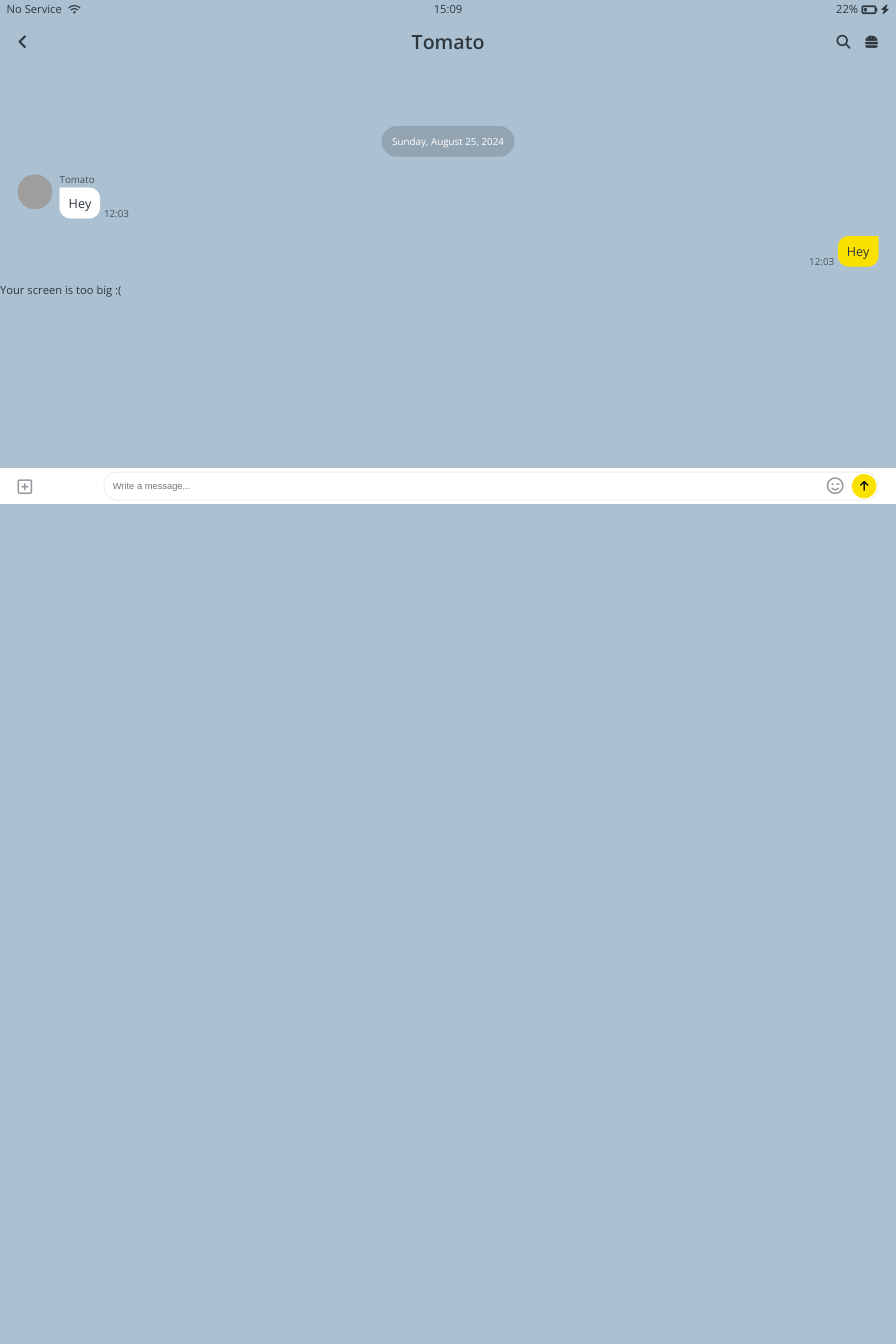
Repository: mjey14/kokoa-clone-2024-08
Page: chat.html
The author's editor kept a copy of each file at every save. The page is drawn from the files as they stood at one save, then again after the next save.
The browser window is 1280 px wide. The pictures show the part of the page from y = 0 to 1920 px (the page is 3780 px tall), at 70% of full size.
Pictures or frames that could not be fetched are drawn as grey boxes. Some web libraries are served in a nearby version.

Above is the page before, as saved 2024-08-25 21:10:53.

### chat.html
<!DOCTYPE html>
<html lang="en">
  <head>
    <link rel="stylesheet" href="css/styles.css" />
    <meta charset="UTF-8" />
    <meta name="viewport" content="width=device-width, initial-scale=1.0" />
    <title>Chat w/ Tomato - KokoaClone</title>
  </head>
  <body id="chat-screen">
    <div class="status-bar" id="chat-screen__status-bar">
      <div class="status-bar__column">
        <span>No Service</span>
        <i class="fa-solid fa-wifi fa-sm"></i>
      </div>
      <div class="status-bar__column">
        <span>15:09</span>
      </div>
      <div class="status-bar__column">
        <span>22%</span>
        <i class="fa-solid fa-battery-quarter fa-lg"></i>
        <i class="fa-solid fa-bolt fa-sm"></i>
      </div>
    </div>

    <header class="alt-header">
      <div class="alt-header__column">
        <a href="chats.html"><i class="fa-solid fa-angle-left fa-xl"></i></a>
      </div>
      <div class="alt-header__column">
        <h1 class="alt-header__title">Tomato</h1>
      </div>
      <div class="alt-header__column">
        <span><i class="fa-solid fa-magnifying-glass fa-lg"></i></span>
        <span><i class="fa-solid fa-burger fa-lg"></i></span>
      </div>
    </header>

    <main class="main-screen main-chat">
      <div class="chat__timestamp">Sunday, August 25, 2024</div>
      <div class="message-row">
        <img
          src="https://www.heddensofwoodtown.co.uk/wp-content/uploads/2020/05/tomatoes_opt.jpg"
        />
        <div class="message-row__content">
          <span class="message__author">Tomato</span>
          <div class="message__info">
            <span class="message__bubble">Hey</span>
            <span class="message__time">12:03</span>
          </div>
        </div>
      </div>
      <div class="message-row message-row--own">
        <div class="message-row__content">
          <div class="message__info">
            <span class="message__bubble">Hey</span>
            <span class="message__time">12:03</span>
          </div>
        </div>
      </div>
    </main>

    <form class="reply">
      <div class="reply__column">
        <i class="far fa-plus-square fa-xl"></i>
      </div>
      <div class="reply__column">
        <input type="text" placeholder="Write a message..." />
        <i class="far fa-smile-wink fa-xl"></i>
        <button>
          <i class="fas fa-arrow-up"></i>
        </button>
      </div>
    </form>

    <div id="no-mobile">
      <span>Your screen is too big :(</span>
    </div>

    <script
      src="https://kit.fontawesome.com/2eddee84de.js"
      crossorigin="anonymous"
    ></script>
  </body>
</html>

### css/styles.css
@import url("https://fonts.googleapis.com/css2?family=Open+Sans:ital,wght@0,300..800;1,300..800&display=swap");
@import "reset.css";
@import "variables.css";

/* Components */
@import "components/status-bar.css";
@import "components/nav-bar.css";
@import "components/screen-header.css";
@import "components/user-component.css";
@import "components/badge.css";
@import "components/icon-row.css";
@import "components/alt-screen-header.css";

/* Screens */
@import "screens/login.css";
@import "screens/friends.css";
@import "screens/find.css";
@import "screens/more.css";
@import "screens/settings.css";
@import "screens/chat.css";

body {
  font-family: "Open Sans", sans-serif;
  color: #2e363e;
}

.main-screen {
  padding: 0px var(--horizontal-space);
}

### css/components/status-bar.css
.status-bar {
  display: flex;
  justify-content: center;
  padding: 5px 3px;
  position: fixed;
  top: 0px;
  width: 100%;
  box-sizing: content-box;
}

.status-bar__column {
  width: 33%;
}

.status-bar__column:first-child span {
  margin-right: 5px;
}

.status-bar__column:nth-child(2) {
  display: flex;
  justify-content: center;
}

.status-bar__column:last-child {
  display: flex;
  justify-content: flex-end;
  align-items: center;
}

.status-bar__column .fa-battery-quarter {
  margin: 0px 5px;
}

### css/components/nav-bar.css
.nav {
  position: fixed;
  bottom: 0px;
  width: 100%;
  background-color: #f9f9fa;
  padding: 20px 50px;
  box-sizing: border-box;
  border-top: var(--main-border);
}

.nav__list {
  display: flex;
  justify-content: space-between;
}

.nav__link {
  color: #2e363e;
  position: relative;
}

@keyframes notificationAnimation {
  0% {
    transform: none;
  }
  50% {
    transform: translateY(-5px) rotateY(360deg);
  }
  100% {
    transform: none;
  }
}

.nav__notification {
  position: absolute;
  left: 20px;
  bottom: 15px;
  animation: notificationAnimation 2s ease-in-out infinite;
}

@keyframes appearBtnAnimation {
  from {
    opacity: 0;
  }
  to {
    opacity: 1;
    transform: none;
  }
}

.nav__btn {
  transform: translateY(50px);
  opacity: 0;
  animation: appearBtnAnimation 0.3s ease-in-out forwards;
}

.nav__btn:nth-child(2) {
  animation-delay: 0.2s;
}
.nav__btn:nth-child(3) {
  animation-delay: 0.5s;
}
.nav__btn:last-child {
  animation-delay: 0.8s;
}

.nav__newbadge {
  background-color: tomato;
  width: 5px;
  height: 5px;
  border-radius: 50%;
  display: flex;
  justify-content: center;
  align-items: center;
  position: absolute;
  left: 30px;
  bottom: 30px;
}

### css/components/screen-header.css
.screen-header {
  display: flex;
  justify-content: space-between;
  align-items: center;
  padding: var(--horizontal-space);
  margin-top: 20px;
  margin-bottom: 15px;
}

.screen-header__title {
  font-size: 32px;
  font-weight: 600;
}

.screen-header__icons span {
  margin-left: 25px;
}

@keyframes rotateCog {
  from {
    transform: none;
  }
  to {
    transform: rotateZ(360deg);
  }
}

.screen-header__icons .fa-gear:hover {
  animation: rotateCog 1s linear infinite;
}

.screen-header__icons {
  position: relative;
}

.screen-header__newbadge {
  background-color: tomato;
  width: 5px;
  height: 5px;
  border-radius: 50%;
  display: flex;
  justify-content: center;
  align-items: center;
  position: absolute;
  right: -5px;
  top: -5px;
}

### css/components/user-component.css
.user-component {
  justify-content: space-between;
  margin-bottom: 25px;
}

.user-component,
.user-component__column:first-child {
  display: flex;
  align-items: center;
}

.user-component__avatar {
  width: 70px;
  height: 70px;
  border: 1px solid rgba(0, 0, 0, 0.1);
  border-radius: 27px;
  margin-right: 20px;
}

.user-component__title {
  font-weight: 600;
  font-size: 22px;
}

.user-component__subtitle {
  margin-top: 8px;
  font-size: 17px;
  color: var(--gray);
}

.user-component__subtitle i {
  color: var(--gray);
  margin-left: 2px;
}

.user-component__avatar--xl {
  width: 80px;
  height: 80px;
}

.user-component__avatar--sm {
  width: 60px;
  height: 60px;
  border-radius: 25px;
}

.user-component__title--not-bold {
  font-weight: 400;
}

.user-component__column:last-child {
  color: var(--gray);
  display: flex;
  flex-direction: column;
  align-items: end;
}

.user-component__time {
  margin-bottom: 5px;
  display: block;
}

### css/components/badge.css
.badge {
  background-color: tomato;
  color: white;
  font-weight: 600;
  width: 25px;
  height: 25px;
  border-radius: 50%;
  display: flex;
  justify-content: center;
  align-items: center;
}

### css/components/alt-screen-header.css
.alt-header {
  padding: var(--horizontal-space);
  margin-top: 20px;
  margin-bottom: 15px;
  display: flex;
  align-items: center;
  justify-content: center;
}

.alt-header__column {
  width: 33%;
}

.alt-header__title {
  font-size: 28px;
  font-weight: 600;
}

.alt-header__column:first-child {
  margin-right: auto;
}

.alt-header__column:nth-child(2) {
  text-align: center;
}

.alt-header__column:last-child {
  margin-left: auto;
  display: flex;
  justify-content: flex-end;
}

.alt-header__column span:last-child {
  margin-left: 20px;
}

### css/screens/login.css
.welcome-header {
  margin: 90px 0px;
  text-align: center;
  display: flex;
  flex-direction: column;
  align-items: center;
}

.welcome-header__title {
  margin-bottom: 20px;
  font-size: 25px;
}

.welcome-header__text {
  width: 60%;
  opacity: 0.7;
}

#login-form {
  display: flex;
  flex-direction: column;
  margin: 0px 30px;
}

#login-form input {
  border: none;
  padding: 15px 0px;
  font-size: 18px;
  margin-bottom: 25px;
}

#login-form input:not([type="submit"]) {
  border-bottom: 1px solid rgba(0, 0, 0, 0.2);
  transition: border-color 0.3s ease-in-out;
}

#login-form input::placeholder {
  color: rgba(0, 0, 0, 0.4);
}

#login-form input:focus {
  border-color: var(--yellow);
}

#login-form input[type="submit"] {
  background-color: var(--yellow);
  cursor: pointer;
  padding: 15px 0px;
  border-radius: 5px;
}

#login-form a {
  text-align: center;
  text-decoration: none;
  color: inherit;
  font-size: 13px;
}

### css/screens/friends.css
#friends-display-link {
  text-align: center;
  display: block;
  background-color: #fafafa;
  padding: 15px 0px;
  font-size: 18px;
  margin-bottom: 25px;
  margin-top: -10px;
}

#friends-display-link i {
  color: rgba(0, 0, 0, 0.3);
}

.friends-screen {
  padding: 0px var(--horizontal-space);
}

.friends-screen__channel {
  border-top: var(--main-border);
  padding-top: 25px;
}

.friends-screen__channel-header {
  margin-bottom: 25px;
  display: flex;
  justify-content: space-between;
  color: var(--gray);
  font-size: 14px;
}

@keyframes hideSplashScreen {
  from {
    opacity: 1;
  }
  to {
    opacity: 0;
    visibility: hidden;
  }
}

#splash-screen {
  background-color: var(--yellow);
  position: absolute;
  height: 100vh;
  width: 100vw;
  top: 0;
  display: flex;
  justify-content: center;
  align-items: center;
  font-size: 132px;
  animation: hideSplashScreen 0.3s ease-in-out forwards;
  animation-delay: 2s;
}

### css/screens/find.css
.recommended-friends {
  margin: 25px 0px;
  padding: 25px 0px;
  border-top: var(--main-border);
  border-bottom: var(--main-border);
}

.recommended-friends__title {
  font-size: 14px;
  color: var(--gray);
}

.recommended-friends span {
  display: block;
  margin: 100px 0px;
  text-align: center;
  font-size: 16px;
  color: var(--gray);
}

.open-chat__header {
  display: flex;
  justify-content: space-between;
  font-size: 14px;
  color: var(--gray);
  margin-bottom: 25px;
}

.open-chat__header span {
  opacity: 0.8;
}

.open-post {
  display: flex;
  justify-content: space-between;
  align-items: center;
}

.open-post__title {
  font-weight: 600;
  margin-bottom: 10px;
}

.open-post__hashtags {
  text-transform: uppercase;
  color: var(--gray);
}

.open-post__members {
  margin-top: 7px;
  display: flex;
  align-items: center;
}

.open-post__members img {
  width: 15px;
  height: 15px;
  border-radius: 50%;
  margin-right: 5px;
}

.open-post__members-count {
  color: var(--gray);
  font-size: 14px;
}

.open-post__members .divider {
  width: 1px;
  height: 12px;
  margin: 0px 5px;
  background-color: var(--gray);
}

.open-post__members-status {
  color: #ffb0e0;
}

.open-post__photo {
  position: relative;
}

.open-post__photo img {
  width: 120px;
  height: 120px;
  border-radius: 10px;
}

.open-post__heart-count {
  background-color: rgba(0, 0, 0, 0.5);
  color: white;
  padding: 5px;
  border-radius: 20px;
  display: flex;
  align-items: center;
  position: absolute;
  bottom: 10px;
  right: 10px;
  font-size: 14px;
}

.open-post__heart-count span {
  margin-left: 5px;
  margin-right: 2px;
}

@keyframes heartBeat {
  0% {
    color: white;
    transform: none;
  }
  50% {
    color: tomato;
    transform: scale(1.5);
  }
  100% {
    color: white;
    transform: none;
  }
}

.open-post__heart-count:hover i {
  will-change: transform;
  animation: heartBeat 1s linear infinite;
}

### css/screens/more.css
.more-screen .icon-row {
  margin-bottom: 40px;
}

.more-suggestions {
  margin-top: 50px;
  border-top: var(--main-border);
  padding-top: 40px;
}

.more-suggestions__title {
  margin-bottom: 30px;
}

.more-suggestions__icons {
  display: flex;
}

.more-suggestions__icon {
  margin-right: 30px;
  display: flex;
  flex-direction: column;
  align-items: center;
}

.more-suggestions__icon-image {
  width: 60px;
  height: 60px;
  background-color: var(--yellow);
  border-radius: 10px;
  display: flex;
  justify-content: center;
  align-items: center;
  margin-bottom: 10px;
}

.more-suggestions__icon-image i {
  font-size: 32px;
  color: white;
}

### css/screens/settings.css
.settings__setting {
  padding: 20px 0px;
  border-bottom: 1px solid rgba(0, 0, 0, 0.1);
  font-size: 18px;
  display: flex;
  align-items: center;
  justify-content: space-between;
}

.settings__setting i {
  opacity: 0.8;
  margin-right: 20px;
  font-size: 20px;
}

.settings__setting-column:last-child {
  opacity: 0.7;
}

### css/screens/chat.css
#chat-screen {
  background-color: #abc1d1;
  height: 500vh;
}

#chat-screen .alt-header,
#chat-screen .status-bar {
  top: 0;
  position: fixed;
  width: 100%;
  background-color: #abc1d1;
  box-sizing: border-box;
}

#chat-screen .status-bar {
  z-index: 2;
}

#chat-screen__status-bar {
  background-color: #abc1d1;
}

#chat-screen .alt-header {
  position: fixed;
  width: 100%;
  top: 0;
  box-sizing: border-box;
  background-color: #abc1d1;
  z-index: 1;
}

.main-chat {
  margin-top: 150px;
}

@keyframes fadeIn {
  from {
    transform: translateY(30px);
    opacity: 0;
  }
  to {
    transform: none;
    opacity: 1;
  }
}

.main-chat {
  margin-top: 180px;
  display: flex;
  flex-direction: column;
  align-items: center;
  animation: fadeIn 0.8s linear;
}

.chat__timestamp {
  color: white;
  background-color: #92a4b2;
  padding: 15px;
  font-size: 14px;
  border-radius: 25px;
  margin-bottom: 25px;
}

.message-row {
  width: 100%;
  display: flex;
  margin-bottom: 25px;
}

.message-row img {
  width: 50px;
  height: 50px;
  border-radius: 50%;
  margin-right: 10px;
}

.message__author {
  margin-bottom: 5px;
  display: block;
}

.message__info {
  display: flex;
  align-items: flex-end;
}

.message__bubble {
  background-color: white;
  padding: 13px;
  font-size: 18px;
  border-radius: 15px;
  border-top-left-radius: 0px;
  margin-right: 5px;
}

.message__time,
.message__author {
  opacity: 0.8;
  font-size: 14px;
}
.message-row--own {
  justify-content: flex-end;
}

.message-row--own .message__bubble {
  background-color: var(--yellow);
  border-top-right-radius: 0px;
  border-top-left-radius: 15px;
  margin-right: 0px;
  margin-left: 5px;
}

.message-row--own .message__info {
  flex-direction: row-reverse;
}

.reply {
  position: fixed;
  bottom: 0;
  width: 100%;
  background-color: white;
  display: flex;
  justify-content: space-between;
  padding: 5px 25px;
  box-sizing: border-box;
  align-items: center;
  transition: all 0.3s ease-in-out;
}

.reply .reply__column:first-child {
  width: 10%;
}
.reply .reply__column:last-child {
  width: 90%;
  position: relative;
}

.reply i {
  opacity: 0.5;
}

.reply input {
  padding: 12px;
  width: 100%;
  border: var(--main-border);
  border-radius: 25px;
  box-sizing: border-box;
  transition: all 0.3s ease-in-out;
}

.reply__column:last-child > i,
.reply__column:last-child button {
  position: absolute;
  right: 3px;
  top: 3px;
}

.reply__column:last-child > i {
  right: 50px;
  top: 20px;
}

.reply__column button {
  background-color: var(--yellow);
  border: none;
  width: 35px;
  height: 35px;
  border-radius: 50%;
  font-size: 16px;
}

.reply__column button i {
  opacity: 1;
}
.reply__column button:focus,
.reply__column button:active {
  outline: none;
}

.reply .reply__column:first-child,
.reply .fa-smile-wink,
.reply button {
  transition: opacity 0.3s ease-in-out;
}

.reply:focus-within .reply__column:first-child,
.reply:focus-within .fa-smile-wink,
.reply:focus-within button {
  opacity: 0;
}

.reply:focus-within input {
  width: 98vw;
  transform: translateX(-13%) translateY(-80px);
}

.reply:focus-within {
  transform: translateY(80px);
}

### css/components/no-mobile.css
#no-mobile {
  position: absolute;
  z-index: 99;
  height: 100vh;
  width: 100vw;
  background-color: var(--yellow);
  display: flex;
  top: 0px;
  justify-content: center;
  align-items: center;
  font-size: 32px;
}

@media screen and (max-width: 645px) {
  #no-mobile {
    display: none;
  }
}

Loaded but not shown: css/reset.css (common file); css/variables.css (common file); css/components/icon-row.css (common file)

After the next save:
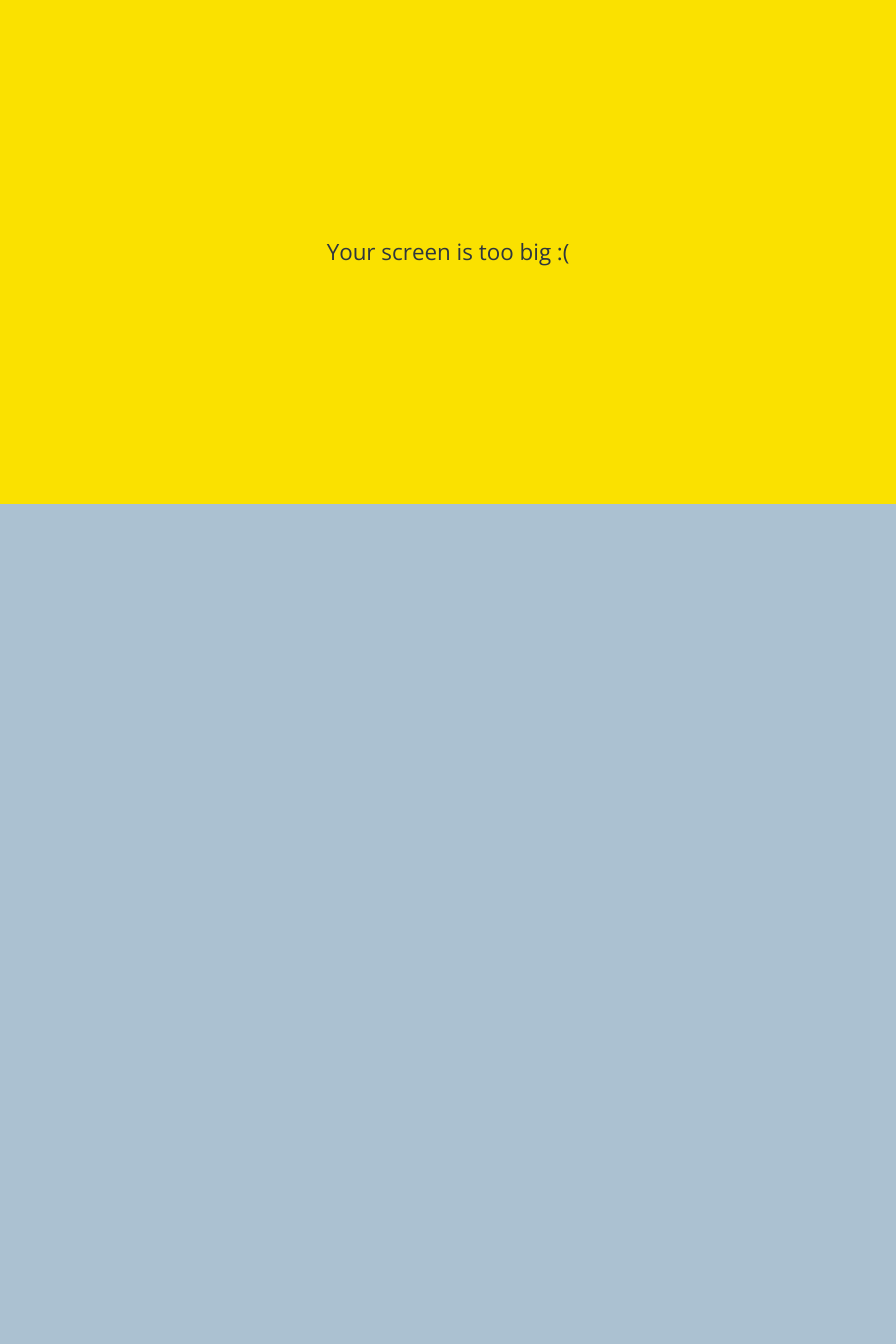
Saved 73 s later.
--- a/css/styles.css
+++ b/css/styles.css
@@ -10,6 +10,7 @@
 @import "components/badge.css";
 @import "components/icon-row.css";
 @import "components/alt-screen-header.css";
+@import "components/no-mobile.css";
 
 /* Screens */
 @import "screens/login.css";
